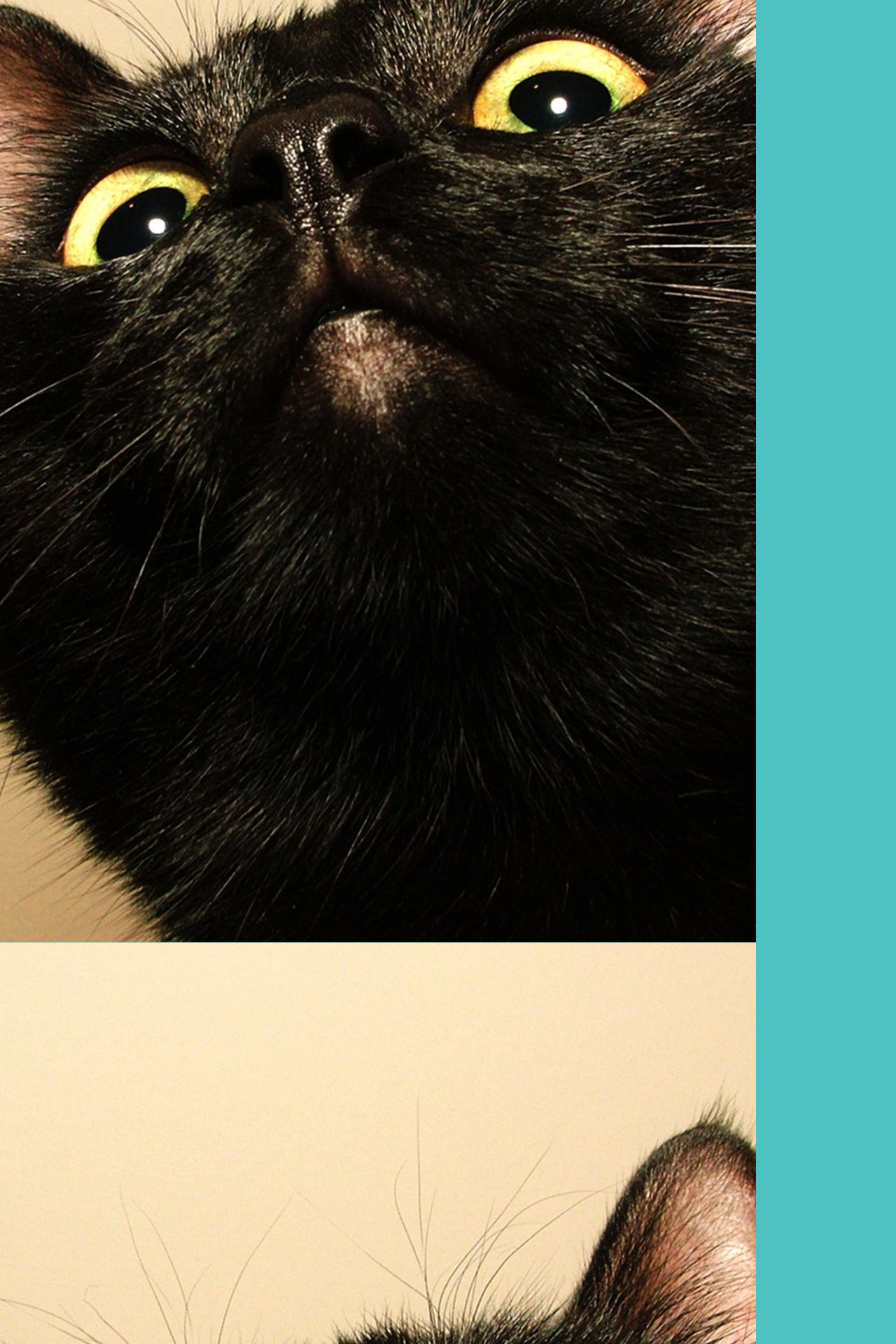
Repository: SktYzu/gatitu
Page: index.html
An editor plug-in stored every save of this project. The page is shown before and after the next save, followed by the edit.
The browser window is 1280 px wide. The pictures show the part of the page from y = 3048 to 4968 px (the page is 10155 px tall before and 5648 px after), at 70% of full size.

Above is the page before, as saved 2023-11-27 15:28:16.

After the next save:
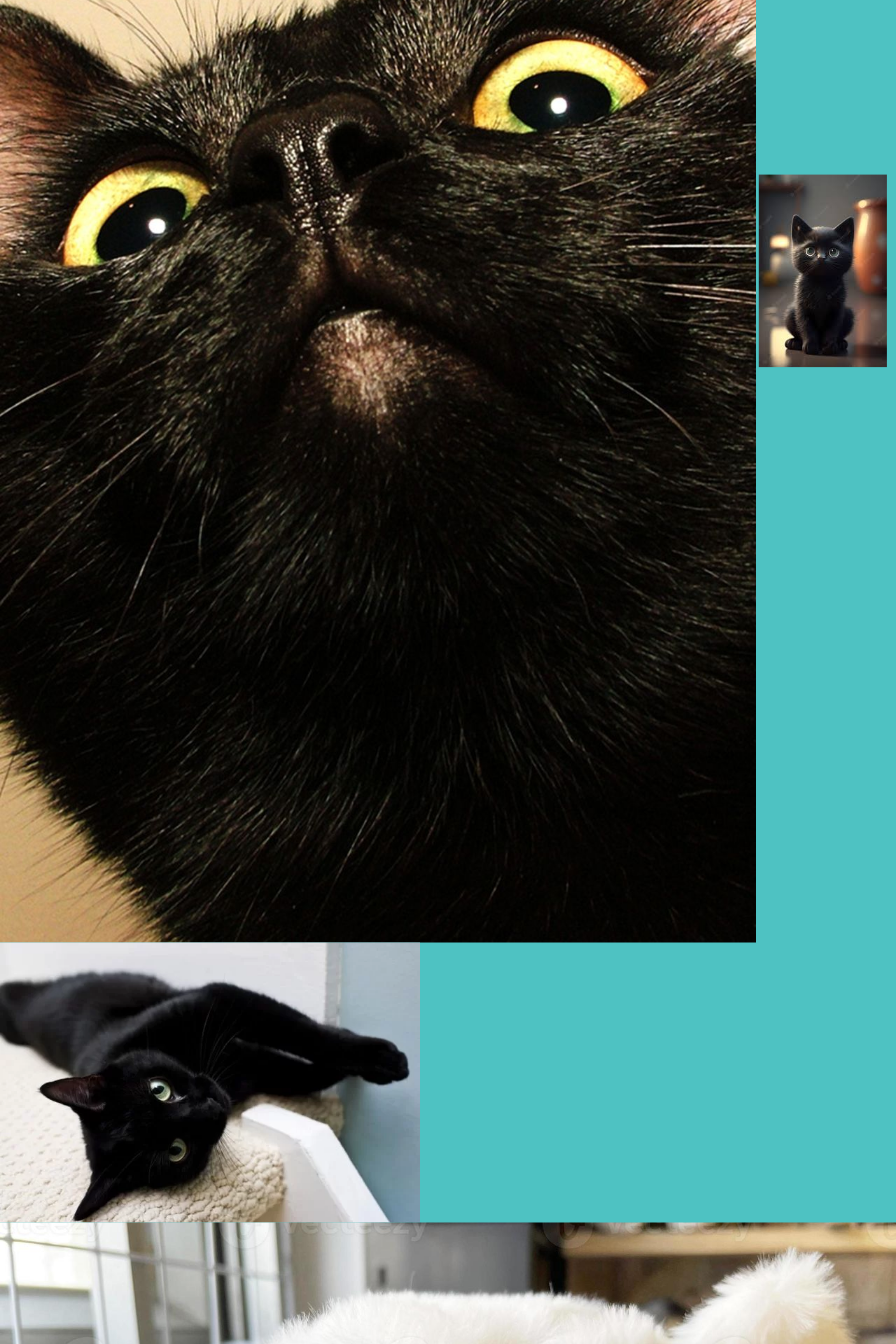
Saved 5 s later.
--- a/index.html
+++ b/index.html
@@ -26,9 +26,9 @@
     <img src="4.jpg" class="img-fluid" alt="...">
     <img src="5.jpg" class="img-fluid" alt="...">
     <img src="6.jpg" class="img-fluid" alt="...">
-    <img src="6.jpg" class="img-fluid" alt="...">
-    <img src="6.jpg" class="img-fluid" alt="...">
-    <img src="6.jpg" class="img-fluid" alt="...">
+    <img src="7.jpg" class="img-fluid" alt="...">
+    <img src="8.jpg" class="img-fluid" alt="...">
+    <img src="9.jpg" class="img-fluid" alt="...">
 </body>
 
 </html>
